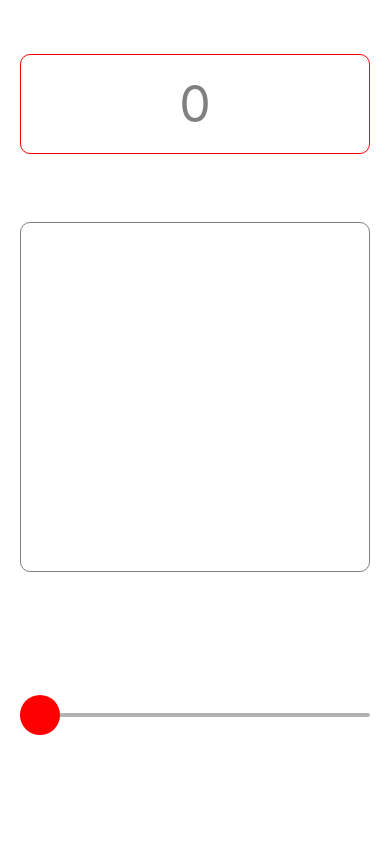
Repository: sonnke/imageResizer
Screen: /
The author's editor kept a copy of each file at every save. The screen is drawn from the files as they stood at one save, then again after the next save.
Pictures or frames that could not be fetched are drawn as grey boxes. The app was drawn by React Native's web renderer in a window 390 px wide. The project was rebuilt for these pictures with package versions that can differ from the ones it lists, and the page was loaded fresh each time.

Above is the screen before, as saved 2020-02-02 19:37:38.

### App.tsx
import React, { useState } from 'react';
import { Image, StyleSheet, Text, View } from 'react-native';
import { Slider } from 'react-native-elements';
import styled from 'styled-components/native';

import imageSource from './images.jpeg';

const MainContainer = styled.View`
  flex: 1;
  flex-direction: column;
  align-items: center;
  justify-content: space-around;
  padding: 20px;
`;

const StopWatch = styled.View`
  width: 100%;
  height: 100px;
  border-width: 1px;
  border-color: red;
  border-radius: 10px;
  justify-content: center;
  align-items: center;
`;

const ImageContainer = styled.View`
  width: 100%;
  height: 350px;
  border-width: 1px;
  border-color: grey;
  border-radius: 10px;
  justify-content: center;
  align-items: center;
`;

const SliderContainer = styled.View`
  width: 100%;
  height: 150px;
  border-color: red;
  border-radius: 10px;
  justify-content: center;
  align-items: center;
`;

const Graphic = styled.Image`
  height: ${({ imgSize }) => imgSize}px;
`;

const StopWatchText = styled.Text`
  font-size: 50px;
  color: grey;
`;

export default function App() {
  const [sliderNum, setSliderNum] = useState<number>(0);
  const [imageSize, setImageSize] = useState<number>(150);

  //set Slider value
  const setSliderValue = (value: number) => {
    const decimalPoint = parseFloat(value.toFixed(2));
    const totalImgSize = decimalPoint + 150;
    setSliderNum(decimalPoint);
    setImageSize(totalImgSize);
  };

  return (
    <MainContainer>
      <StopWatch>
        <StopWatchText>{sliderNum}</StopWatchText>
      </StopWatch>
      <ImageContainer>
        <Graphic
          imgSize={imageSize}
          resizeMode={"contain"}
          source={imageSource}
        />
      </ImageContainer>
      <SliderContainer>
        <Slider
          value={sliderNum}
          onValueChange={setSliderValue}
          maximumValue={100}
          minimumValue={0}
          animateTransitions={true}
          minimumTrackTintColor={"#808080"}
          trackStyle={{
            // backgroundColor: "#808080",
            width: 350
          }}
        />
      </SliderContainer>
    </MainContainer>
  );
}

After the next save:
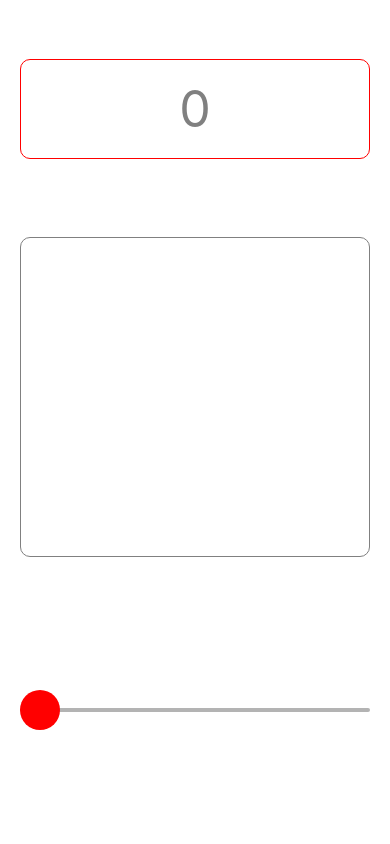
Saved 7 s later.
--- a/App.tsx
+++ b/App.tsx
@@ -25,7 +25,7 @@ const StopWatch = styled.View`
 
 const ImageContainer = styled.View`
   width: 100%;
-  height: 350px;
+  height: 320px;
   border-width: 1px;
   border-color: grey;
   border-radius: 10px;
